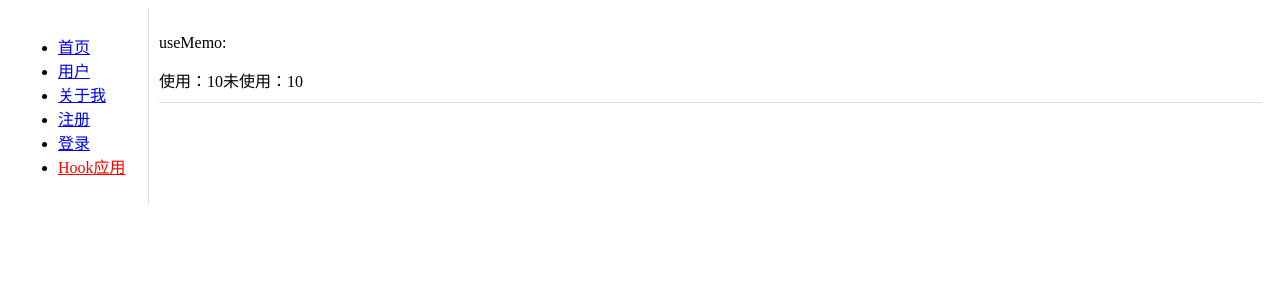
Repository: shellingfordly/js-library-Demo
Page: /hook (app in demo/react/demo/)
An editor plug-in stored every save of this project. The page is shown before and after a run of saves, followed by the edit.
The browser window is 1280 px wide. The pictures show the whole page.
The project was rebuilt for these pictures with package versions that can differ from the ones it lists, and the page was loaded fresh each time. Also part of the build but not shown: demo/react/demo/src/views/home/components/UseReducer.js, demo/react/demo/src/views/home/components/SetTimeout.js, demo/react/demo/src/views/home/hook/context.js, demo/react/demo/src/views/home/components/context/useContext.js, demo/react/demo/src/views/home/components/context/contextType.js, demo/react/demo/src/views/home/components/context/consumer.js, demo/react/demo/src/views/home/utils/highComponent.js, demo/react/demo/src/views/home/Home.js and 12 more.

Above is the page before, as saved 2021-01-17 23:00:05.

### demo/react/demo/src/index.js
import React from 'react';
import ReactDOM from 'react-dom';
import './index.css';
import App from './App';
import reportWebVitals from './reportWebVitals';
import {BrowserRouter as Route} from 'react-router-dom'

ReactDOM.render(
  <React.StrictMode>
    <Route>
      <App />
    </Route>
  </React.StrictMode>,
  document.getElementById('root')
);

// If you want to start measuring performance in your app, pass a function
// to log results (for example: reportWebVitals(console.log))
// or send to an analytics endpoint. Learn more: https://bit.ly/CRA-vitals
reportWebVitals();

### demo/react/demo/src/App.js

import './App.scss'
import { Component } from 'react'
import { NavLink, Route, Switch, Redirect } from 'react-router-dom'
import Home from './views/home/Home'
import About from './views/about/About'
import Register from './views/Register'
import User from './views/User'
import Login from './views/Login'
import store from './store'
import { userLogout } from './store/actions'
import Hook from './views/HookComponent'

export default class App extends Component {

  state = {
    isShow: false
  }

  componentDidMount() {
    store.subscribe(() => {
      const data = store.getState()
      this.setState({ isShow: data.isLogin })
    })
  }

  logout = () => {
    store.dispatch(userLogout())
  }


  render() {

    return (
      <div className="app">
        <div className="nav">
          <ul>
            <li>
              <NavLink to='/home'>首页</NavLink>
            </li>
            <li>
          <NavLink to='/user'>用户</NavLink>
            </li>
            <li>
          <NavLink to='/about'>关于我</NavLink>
            </li>
            <li>
          <NavLink to='/register'>注册</NavLink>
            </li>
            <li>
          <NavLink to='/login'>登录</NavLink>
            </li>
            <li>
          <NavLink to='/hook'>Hook应用</NavLink>
            </li>
          </ul>

        </div>
        <div className="content">
          <Switch>
            <Route path="/home" component={Home}></Route>
            <Route path="/user" component={User}></Route>
            <Route path="/about" component={About}></Route>
            <Route path="/register" component={Register}></Route>
            <Route path="/login" component={Login}></Route>
            <Route path="/hook" component={Hook}></Route>
            <Redirect to="/login"></Redirect>
          </Switch>
        </div>
      </div>


    )
  }
};

### demo/react/demo/src/App.scss
.app {
  // width: 80%;
  margin: auto;
  display: flex;

  .nav {
    width: 120px;
    padding: 10px;
    border-right: 1px solid #ddd;

    a {
      display: inline;
      width: 100%;
    }

    .active {
      color: red;
    }
  }

  .content {
    flex:1;
    padding: 10px;
    // display: flex;
    // justify-content: space-around;

    .login {
      .label {
        display: inline-block;
        width: 70px;
      }
      .btn {
        padding-top: 10px;
        text-align: center;

        button:first-child {
          margin-right: 10px;
        }
      }
    }
  }
}

.show {
  display: block;
}
.hide {
  display: none;
}

.b-line {
  padding-bottom: 10px;
  border-bottom: 1px solid #ddd;
}

### demo/react/demo/src/store/index.js
import {createStore, applyMiddleware}  from 'redux'
import thunk from 'redux-thunk'
import  rootReducer from './combineReducer'

export default createStore(rootReducer, applyMiddleware(thunk))

### demo/react/demo/src/store/actions.js
export function saveUser(data){
  return {
    type: 'SAVE',
    data
  }
}

export function getUser(data){
  return {
    type: 'GET',
    data
  }
}

export function userLogin(){
  return {
    type: 'LOGIN',
  }
}

export function userLogout(){
  return {
    type: 'LOGOUT',
  }
}

### demo/react/demo/src/views/HookComponent/index.js

import { useState } from 'react'
import { UseMemoComponent, UseFunComponent } from './components/useMemo'

export default function HookComponent() {
  const [len] = useState(5)
  return (
    <div>
      <div className="b-line">
        <p>useMemo: </p>
        使用：<UseMemoComponent len={len} />
        未使用：<UseFunComponent len={len} />
      </div>
    </div>
  )
}

### demo/react/demo/src/store/combineReducer.js
import { combineReducers } from 'redux';

import * as reducer from './reducer';


const rootReducer = combineReducers({
  ...reducer
})

export default rootReducer;

### demo/react/demo/src/views/HookComponent/components/useMemo.js
import {useMemo, useState} from 'react'

export function  UseFunComponent (){
  const [len] = useState(5)

  function sum(){
    console.log("computed");
    let count = 0
    for (let i = 0; i < len; i++) {
      count+=i
    }
    return count
  }

  return (
    <span>
      {sum()}
    </span>
  )
}

export function  UseMemoComponent (){

  const [len] = useState(5)

  const sum =  useMemo(()=>{
    console.log("computed");
    let count = 0
    for (let i = 0; i < len; i++) {
      count+=i
    }
    return count
  }, [len])

  return (
    <span>
      {sum}
    </span>
  )
}

### demo/react/demo/src/store/reducer.js
const user_info = {
  username: '',
  password: '',
}

export function user(state = user_info, actions) {
  switch (actions.type) {
    case "SAVE":
      localStorage.setItem('user_info', JSON.stringify(actions.data))
      return { status: true, msg: '登录成功！' }
    case "GET":
      const hasUser = localStorage.getItem('user_info')
      if (hasUser) return { status: true, data: user, msg: '已登录！' }
      else return { status: false, msg: '未登录！' }
    default: return state
  }
}


export function isLogin(state = false, actions) {
  const hasUser = localStorage.getItem('user_info')
  switch (actions.type) {
    case "LOGIN":
      if (hasUser) return true
      else return false
    case "LOGOUT":
      if (hasUser) localStorage.removeItem('user_info')
      return false
    default: return state
  }
}

Loaded but not shown: demo/react/demo/public/index.html (common file); demo/react/demo/src/reportWebVitals.js (common file); demo/react/demo/src/index.css (no stored copy; drawn as an empty file)

After the next 2 saves:
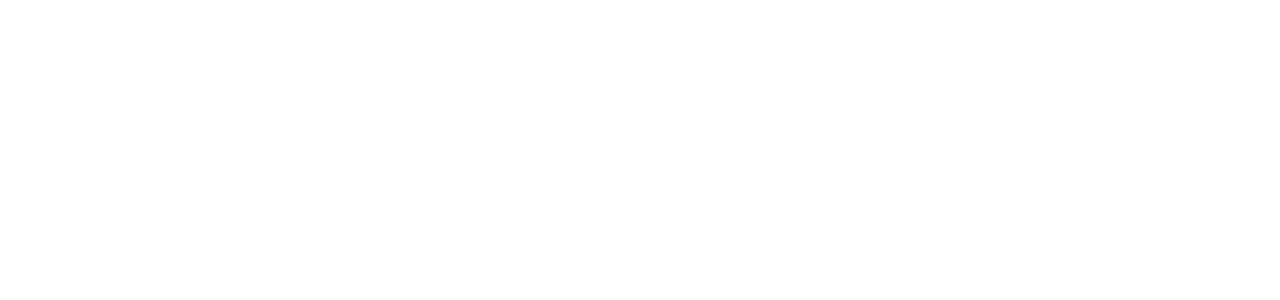
Console error: ReferenceError: len is not defined
The 2 saves are shown as one change because they came seconds apart.
The last was saved 31 s later.
--- a/demo/react/demo/src/views/HookComponent/components/useMemo.js
+++ b/demo/react/demo/src/views/HookComponent/components/useMemo.js
@@ -1,13 +1,11 @@
-import {useMemo, useState} from 'react'
+import { useMemo } from 'react'
 
-export function  UseFunComponent (){
-  const [len] = useState(5)
-
-  function sum(){
+export function UseFunComponent(props) {
+  function sum() {
     console.log("computed");
     let count = 0
-    for (let i = 0; i < len; i++) {
-      count+=i
+    for (let i = 0; i < props.len; i++) {
+      count += i
     }
     return count
   }
@@ -19,15 +17,12 @@
   )
 }
 
-export function  UseMemoComponent (){
-
-  const [len] = useState(5)
-
-  const sum =  useMemo(()=>{
+export function UseMemoComponent(props) {
+  const sum = useMemo(() => {
     console.log("computed");
     let count = 0
-    for (let i = 0; i < len; i++) {
-      count+=i
+    for (let i = 0; i < props.len; i++) {
+      count += i
     }
     return count
   }, [len])

After the save that followed:
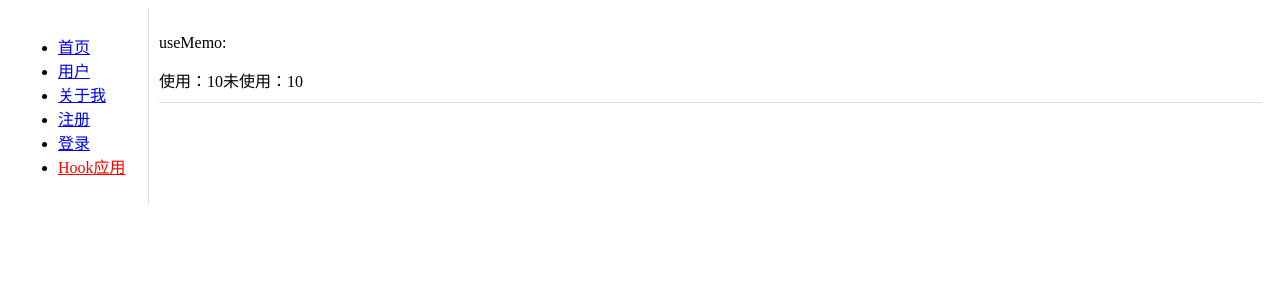
The error is gone.
Saved 24 s later.
--- a/demo/react/demo/src/views/HookComponent/components/useMemo.js
+++ b/demo/react/demo/src/views/HookComponent/components/useMemo.js
@@ -1,11 +1,11 @@
-import { useMemo } from 'react'
+import {useMemo} from 'react'
 
-export function UseFunComponent(props) {
-  function sum() {
+export function  UseFunComponent (props){
+  function sum(){
     console.log("computed");
     let count = 0
     for (let i = 0; i < props.len; i++) {
-      count += i
+      count+=i
     }
     return count
   }
@@ -17,15 +17,15 @@
   )
 }
 
-export function UseMemoComponent(props) {
-  const sum = useMemo(() => {
+export function  UseMemoComponent (props){
+  const sum =  useMemo(()=>{
     console.log("computed");
     let count = 0
     for (let i = 0; i < props.len; i++) {
-      count += i
+      count+=i
     }
     return count
-  }, [len])
+  }, [props.len])
 
   return (
     <span>
